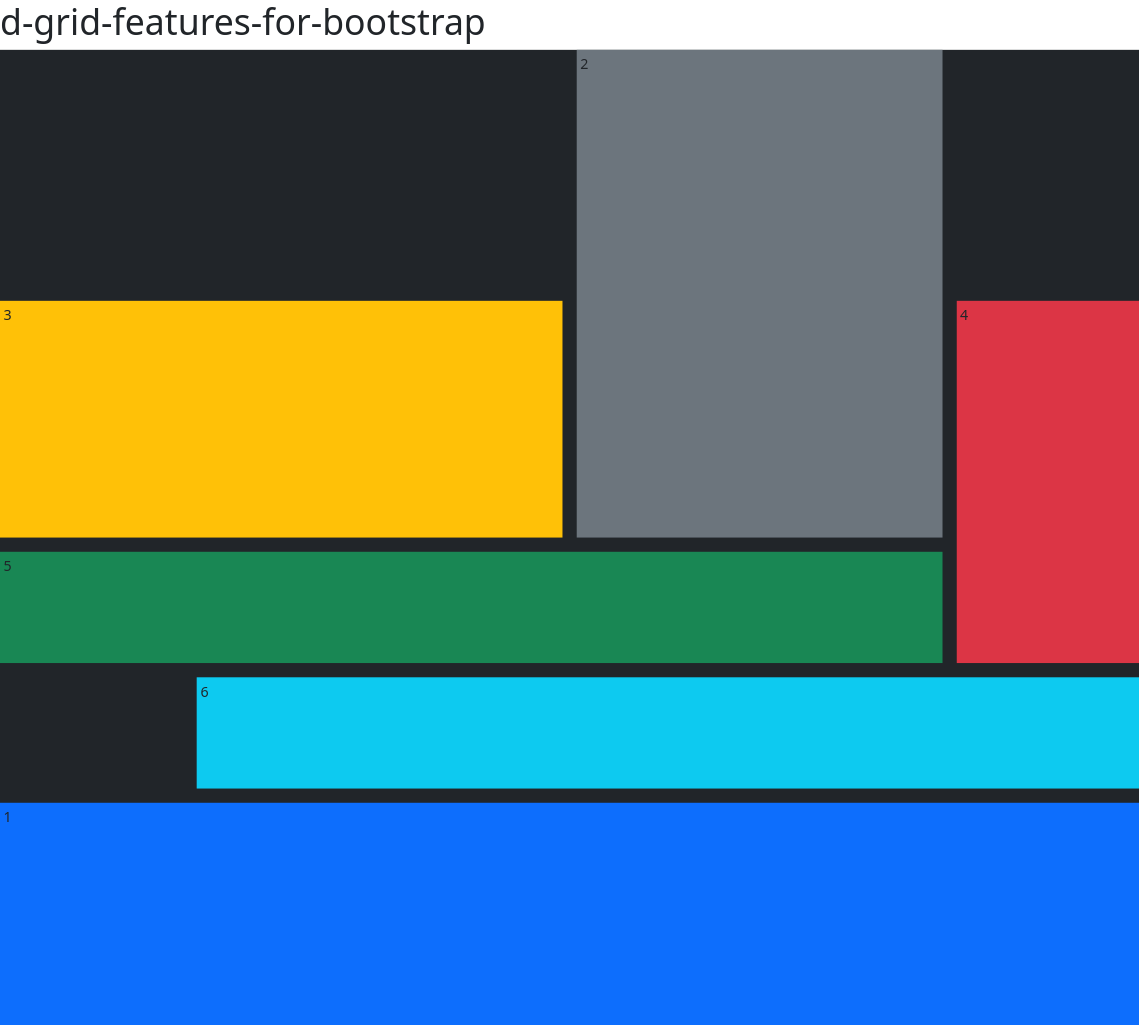
Repository: LynxPardelle/d-grid-features-for-bootstrap
Page: index.html
These files come from the project's save history. The page is drawn as it stood at one moment and after the next save; the edit follows.
The browser window is 1280 px wide. The pictures show the whole page, at 89% of full size.

Above is the page before, as saved 2021-10-20 06:18:19.

### index.html
<!DOCTYPE html>
<html lang="en">
<head>
  <meta charset="UTF-8">
  <meta http-equiv="X-UA-Compatible" content="IE=edge">
  <meta name="viewport" content="width=device-width, initial-scale=1.0">
  <title>d-grid-features-for-bootstrap</title>
  <link href="https://cdn.jsdelivr.net/npm/bootstrap@5.1.3/dist/css/bootstrap.min.css" rel="stylesheet" integrity="sha384-1BmE4kWBq78iYhFldvKuhfTAU6auU8tT94WrHftjDbrCEXSU1oBoqyl2QvZ6jIW3" crossorigin="anonymous">
</head>
<body>
  <h1>d-grid-features-for-bootstrap</h1>

  <!-- <section class="d-grid bg-dark" data-gfbs data-gfbs-gtc="repeat(4, 1fr)" data-gfbs-gtr="repeat(2, 100px)" > -->
    <!-- <section class="d-grid bg-dark" data-gfbs data-gfbs-gta='"f f b c c a"" f f d e e a"'> -->
      <section class="d-grid bg-dark" data-gfbs
      data-gfbs-gt='
      [row1-start] "a a b ." 25px [row1-end]
      [row2-start] "a a b ." 25px [row2-end]
      [row3-start] "c c b d" 25px [row3-end]
      [row4-start] "c c b d" 25px [row4-end]
      [row5-start] "e e e d" 25px [row5-end]
      [row6-start] ". f f f" 25px [row6-end]
      [row7-start] "g g g g" 50px [row7-end]
      / 1fr 2fr 2fr 1fr'
      data-gfbs-gt-sm='
      [row1-start] "a a b ." 50px [row1-end]
      [row2-start] "a a b ." 50px [row2-end]
      [row3-start] "c c b d" 50px [row3-end]
      [row4-start] "c c b d" 50px [row4-end]
      [row5-start] "e e e d" 50px [row5-end]
      [row6-start] ". f f f" 50px [row6-end]
      [row7-start] "g g g g" 100px [row7-end]
      / 1fr 2fr 2fr 1fr'
      data-gfbs-gt-md='
      [row1-start] "a a b ." 75px [row1-end]
      [row2-start] "a a b ." 75px [row2-end]
      [row3-start] "c c b d" 75px [row3-end]
      [row4-start] "c c b d" 75px [row4-end]
      [row5-start] "e e e d" 75px [row5-end]
      [row6-start] ". f f f" 75px [row6-end]
      [row7-start] "g g g g" 150px [row7-end]
      / 1fr 2fr 2fr 1fr'
      data-gfbs-gt-lg='
      [row1-start] "a a b ." 100px [row1-end]
      [row2-start] "a a b ." 100px [row2-end]
      [row3-start] "c c b d" 100px [row3-end]
      [row4-start] "c c b d" 100px [row4-end]
      [row5-start] "e e e d" 100px [row5-end]
      [row6-start] ". f f f" 100px [row6-end]
      [row7-start] "g g g g" 200px [row7-end]
      / 1fr 2fr 2fr 1fr'
      data-gfbs-gt-xl='
      [row1-start] "a a b ." 125px [row1-end]
      [row2-start] "a a b ." 125px [row2-end]
      [row3-start] "c c b d" 125px [row3-end]
      [row4-start] "c c b d" 125px [row4-end]
      [row5-start] "e e e d" 125px [row5-end]
      [row6-start] ". f f f" 125px [row6-end]
      [row7-start] "g g g g" 250px [row7-end]
      / 1fr 2fr 2fr 1fr'
      data-gfbs-gt-xxl='
      [row1-start] "a a b ." 150px [row1-end]
      [row2-start] "a a b ." 150px [row2-end]
      [row3-start] "c c b d" 150px [row3-end]
      [row4-start] "c c b d" 150px [row4-end]
      [row5-start] "e e e d" 150px [row5-end]
      [row6-start] ". f f f" 150px [row6-end]
      [row7-start] "g g g g" 300px [row7-end]
      / 1fr 2fr 2fr 1fr'
      data-gfbs-gap="1rem"
      >
      <!-- data-gfbs-cg="1rem"
      data-gfbs-rg="1rem" -->
    <div data-gfbs data-gfbs-iga="a" data-gfbs-iga-sm="g" class="grid-element bg-primary p-1">
      1
    </div>

    <div data-gfbs data-gfbs-iga="b" class="grid-element bg-secondary p-1">
      2
    </div>
    <div data-gfbs data-gfbs-iga="c" class="grid-element bg-warning p-1">
      3
    </div>
    <div data-gfbs data-gfbs-iga="d" class="grid-element bg-danger p-1">
      4
    </div>
    <div data-gfbs data-gfbs-iga="e" class="grid-element bg-success p-1">
      5
    </div>
    <div data-gfbs data-gfbs-iga="f" class="grid-element bg-info p-1">
      6
    </div>
  </section>

  <script src="https://cdn.jsdelivr.net/npm/bootstrap@5.1.3/dist/js/bootstrap.bundle.min.js" integrity="sha384-ka7Sk0Gln4gmtz2MlQnikT1wXgYsOg+OMhuP+IlRH9sENBO0LRn5q+8nbTov4+1p" crossorigin="anonymous"></script>
  <script src="./d-grid.js"></script>
</body>
</html>

### d-grid.js
"use strict";

function gridCreate(){
  let wWidth = window.innerWidth;
  let gridElements = document.querySelectorAll("[data-gfbs]");

  function checkIfHasBP(gridElement, atr) {
    let hasIt = false;
    for (let attribute of gridElement.attributes) {
      let at = attribute.localName;
      if (at.includes(atr)) {
        switch (true) {
          case at.includes("-sm") && wWidth >= 576 && wWidth < 768:
            hasIt = true;
            break;
          case at.includes("-md") && wWidth >= 768 && wWidth < 992:
            hasIt = true;
            break;
          case at.includes("-lg") && wWidth >= 992 && wWidth < 1200:
            hasIt = true;
            break;
          case at.includes("-xl") && wWidth >= 1200 && wWidth < 1400:
            hasIt = true;
            break;
          case at.includes("-xxl") && wWidth >= 1400:
            hasIt = true;
            break;
        }
      }
    }

    return hasIt;
  }

  for (let gridElement of gridElements) {
    for (let attribute of gridElement.attributes) {
      let at = attribute.localName;
      let attValue = attribute.value;

      if (
        at.includes("gfbs-") &&
        ((!at.includes("-sm") &&
          !at.includes("-md") &&
          !at.includes("-lg") &&
          !at.includes("-xl") &&
          !at.includes("-xxl") &&
          !checkIfHasBP(gridElement, at)) ||
          (at.includes("-sm") &&
            wWidth >= 576 &&
            (!at.includes("-md") || (at.includes("-md") && wWidth < 768)) &&
            (!at.includes("-lg") || (at.includes("-lg") && wWidth < 992)) &&
            (!at.includes("-xl") || (at.includes("-xl") && wWidth < 1200)) &&
            (!at.includes("-xll") || (at.includes("-xxl") && wWidth < 1400))) ||
          (at.includes("-md") &&
            wWidth >= 768 &&
            (!at.includes("-lg") || (at.includes("-lg") && wWidth < 992)) &&
            (!at.includes("-xl") || (at.includes("-xl") && wWidth < 1200)) &&
            (!at.includes("-xll") || (at.includes("-xxl") && wWidth < 1400))) ||
          (at.includes("-lg") &&
            wWidth >= 992 &&
            (!at.includes("-xl") || (at.includes("-xl") && wWidth < 1200)) &&
            (!at.includes("-xll") || (at.includes("-xxl") && wWidth < 1400))) ||
          (at.includes("-xl") &&
            wWidth >= 1200 &&
            (!at.includes("-xll") || (at.includes("-xxl") && wWidth < 1400))) ||
          (at.includes("-xxl") && wWidth >= 1400))
      ) {
        switch (true) {
          /* Container */
          case at.includes("custom"):
            gridElement.style.cssText += attValue;
            break;
          case at.includes("gtc"):
            gridElement.style.gridTemplateColumns = attValue;
            break;
          case at.includes("gtr"):
            gridElement.style.gridTemplateRows = attValue;
            break;
          case at.includes("gta"):
            gridElement.style.gridTemplateAreas = attValue;
            break;
          case at.includes("gt"):
            gridElement.style.gridTemplate = attValue;
            break;
          case at.includes("cg"):
            gridElement.style.columnGap = attValue;
            break;
          case at.includes("rg"):
            gridElement.style.rowGap = attValue;
            break;
          case at.includes("gap"):
            gridElement.style.gap = attValue;
            break;
          case at.includes("ji"):
            gridElement.style.justifyItems = attValue;
            break;
          case at.includes("ai"):
            gridElement.style.alignItems = attValue;
            break;
          case at.includes("pi"):
            gridElement.style.placeItems = attValue;
            break;
          case at.includes("jc"):
            gridElement.style.justifyContent = attValue;
            break;
          case at.includes("ac"):
            gridElement.style.alignContent = attValue;
            break;
          case at.includes("pc"):
            gridElement.style.placeContent = attValue;
            break;
          case at.includes("gac"):
            gridElement.style.gridAutoColumns = attValue;
            break;
          case at.includes("gar"):
            gridElement.style.gridAutoRows = attValue;
            break;
          case at.includes("gaf"):
            gridElement.style.gridAutoFlow = attValue;
            break;
          case at.includes("grid"):
            gridElement.style.grid = attValue;
            break;

          /* Item */
          case at.includes("gcs"):
            gridElement.style.gridColumnStart = attValue;
            break;
          case at.includes("gce"):
            gridElement.style.gridColumnEnd = attValue;
            break;
          case at.includes("gc"):
            gridElement.style.gridColumn = attValue;
            break;
          case at.includes("grs"):
            gridElement.style.gridRowStart = attValue;
            break;
          case at.includes("gre"):
            gridElement.style.gridRowEnd = attValue;
            break;
          case at.includes("gr"):
            gridElement.style.gridRow = attValue;
            break;
          case at.includes("iga"):
            gridElement.style.gridArea = attValue;
            break;
          case at.includes("js"):
            gridElement.style.justifySelf = attValue;
            break;
          case at.includes("as"):
            gridElement.style.alignSelf = attValue;
            break;
          case at.includes("ps"):
            gridElement.style.placeSelf = attValue;
            break;
        }
      }
    }
  }
}

window.onload = gridCreate();
window.addEventListener("resize", gridCreate);

After the next save:
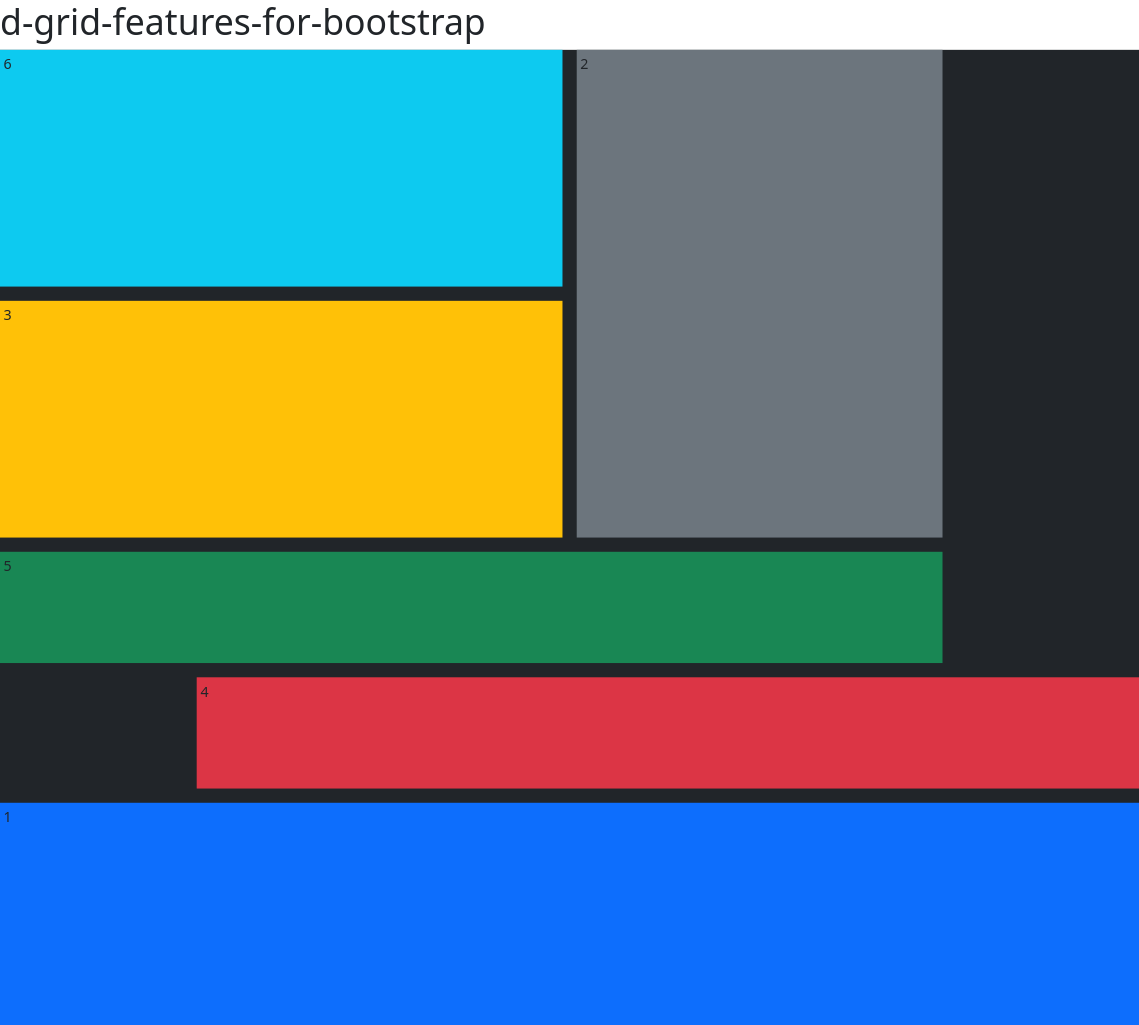
Saved 47 s later.
--- a/index.html
+++ b/index.html
@@ -81,13 +81,13 @@
     <div data-gfbs data-gfbs-iga="c" class="grid-element bg-warning p-1">
       3
     </div>
-    <div data-gfbs data-gfbs-iga="d" class="grid-element bg-danger p-1">
+    <div data-gfbs data-gfbs-iga="d" data-gfbs-iga-lg="f" class="grid-element bg-danger p-1">
       4
     </div>
     <div data-gfbs data-gfbs-iga="e" class="grid-element bg-success p-1">
       5
     </div>
-    <div data-gfbs data-gfbs-iga="f" class="grid-element bg-info p-1">
+    <div data-gfbs data-gfbs-iga="f" data-gfbs-iga-md="a" class="grid-element bg-info p-1">
       6
     </div>
   </section>
